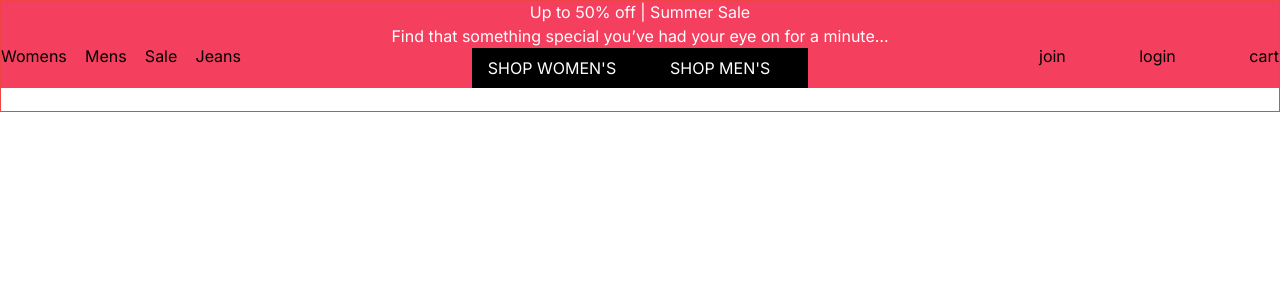
Repository: harrywebb21/stil-clothing
Page: /
These files come from the project's save history. The page is drawn as it stood at one moment and after the next save; the edit follows.
The browser window is 1280 px wide. The pictures show the whole page.
The project was rebuilt for these pictures with package versions that can differ from the ones it lists, and the page was loaded fresh each time. The framework's server and built-in components were replaced by stand-ins that run in the browser. Also part of the build but not shown: next.config.js.

Above is the page before, as saved 2023-06-08 15:59:44.

After the next save:
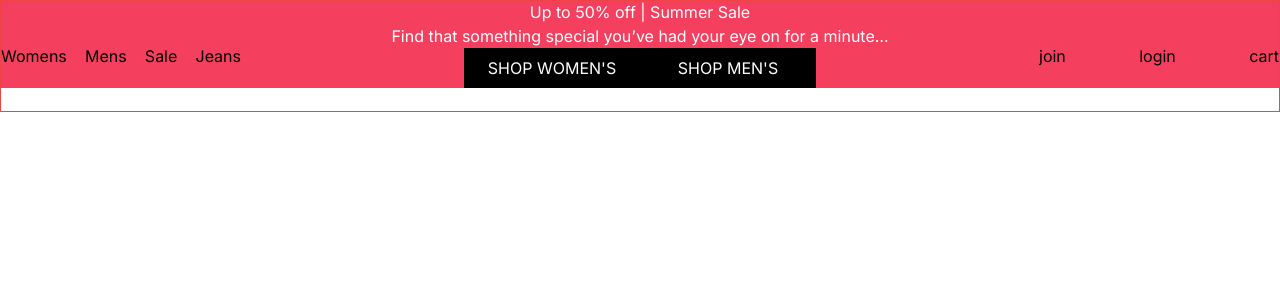
Saved 12 s later.
--- a/src/app/components/SaleBox.js
+++ b/src/app/components/SaleBox.js
@@ -4,7 +4,7 @@ export default function SaleBox() {
       <h1> Up to 50% off | Summer Sale</h1>
       <p>Find that something special you’ve had your eye on for a minute…</p>
       <div>
-        <button className="bg-black text-white px-4 py-2 text-center ">
+        <button className="bg-black text-white px-4 py-2 text-center  w-44">
           SHOP WOMEN'S
         </button>
         <button className="bg-black text-white px-4 py-2  text-center w-44">
